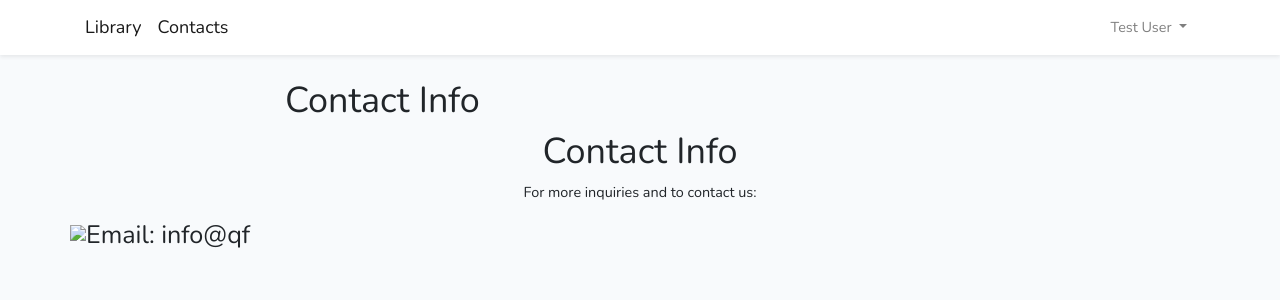
Repository: laravel-sys/groupOne
Page: http://localhost/contacts
An editor plug-in stored every save of this project. The page is shown before and after the next save, followed by the edit.
The browser window is 1280 px wide. The pictures show the whole page.
The page is served by the project's Laravel application, run on PHP 8.4 with Laravel 8. A made-up administrator, Test User (test@example.com), is signed in. Other server files are loaded and not shown. Style sheets and scripts are compiled from the project's sources, by tool versions that may differ from the author's. Queries for data that is not in the repository find no rows.

Above is the page before, as saved 2021-03-26 23:02:05.

### routes/web.php
<?php
use App\Http\Controllers\ContactsController;
use Illuminate\Support\Facades\Route;

/*
|--------------------------------------------------------------------------
| Web Routes
|--------------------------------------------------------------------------
|
| Here is where you can register web routes for your application. These
| routes are loaded by the RouteServiceProvider within a group which
| contains the "web" middleware group. Now create something great!
|
*/

Route::get('/', function () {
    return view('welcome');
});

Auth::routes();

Route::get('/home', [App\Http\Controllers\HomeController::class, 'index'])->name('home');

Route::resource('contacts', ContactsController::class);

### app/Models/User.php
<?php

namespace App\Models;

use Illuminate\Contracts\Auth\MustVerifyEmail;
use Illuminate\Database\Eloquent\Factories\HasFactory;
use Illuminate\Foundation\Auth\User as Authenticatable;
use Illuminate\Notifications\Notifiable;

class User extends Authenticatable
{
    use HasFactory, Notifiable;

    /**
     * The attributes that are mass assignable.
     *
     * @var array
     */
    protected $fillable = [
        'name',
        'email',
        'password',
    ];

    /**
     * The attributes that should be hidden for arrays.
     *
     * @var array
     */
    protected $hidden = [
        'password',
        'remember_token',
    ];

    /**
     * The attributes that should be cast to native types.
     *
     * @var array
     */
    protected $casts = [
        'email_verified_at' => 'datetime',
    ];

    public function contacts(){
        return $this->hasMany(Contact::class);
    }
}

### app/Http/Controllers/ContactsController.php
<?php

namespace App\Http\Controllers;

use App\Models\Contact;
use Illuminate\Http\Request;

use Illuminate\Support\Facades\Auth;

class ContactsController extends Controller
{
    public function __construct()
    {
        $this->middleware('auth' ,['except' => [
            'index',
        ]]);
        //$this->middleware('auth');
    }

    /**
     * Display a listing of the resource.
     *
     * @return \Illuminate\Http\Response
     */
    public function index()
    {
        $user=Auth::user();
        return view('index',['contacts'=>$user->contacts]);
        //return "OK";
    }

    /**
     * Show the form for creating a new resource.
     *
     * @return \Illuminate\Http\Response
     */
    public function create()
    {
        return view('create');
    }

    /**
     * Store a newly created resource in storage.
     *
     * @param  \Illuminate\Http\Request  $request
     * @return \Illuminate\Http\Response
     */
    public function store(Request $request)
    {
        request()->validate([
            'name' => 'required',
            'email' => 'required',
            'phone' => 'required',
            'subject' => 'required',
            'message' => 'required',
        ]);

        $contact->name = request('name');
        $contact->email = request('email');
        $contact->phone = request('phone');
        $contact->subject = request('subject');
        $contact->message = request('message');
        $contact->user_id = Auth::user()->id;

        $task->save();
        return redirect('contacts');
    }

    /**
     * Display the specified resource.
     *
     * @param  \App\Models\Contact  $contact
     * @return \Illuminate\Http\Response
     */
    public function show(Contact $contact)
    {
        return view('show', ['contact' => $contact]);
    }

    /**
     * Show the form for editing the specified resource.
     *
     * @param  \App\Models\Contact  $contact
     * @return \Illuminate\Http\Response
     */
    public function edit(Contact $contact)
    {
        return view('edit' , ['contact' => $contact]);
    }

    /**
     * Update the specified resource in storage.
     *
     * @param  \Illuminate\Http\Request  $request
     * @param  \App\Models\Contact  $contact
     * @return \Illuminate\Http\Response
     */
    public function update(Request $request, Contact $contact)
    {
        request()->validate([
            'name' => 'required',
            'email' => 'required',
            'phone' => 'required',
            'subject' => 'required',
            'message' => 'required',
        ]);

        $contact->name = request('name');
        $contact->email = request('email');
        $contact->phone = request('phone');
        $contact->subject = request('subject');
        $contact->message = request('message');
        $contact->user_id = Auth::user()->id;

        $contact->save();
        return redirect(route('contacts.index'));
    }

    /**
     * Remove the specified resource from storage.
     *
     * @param  \App\Models\Contact  $contact
     * @return \Illuminate\Http\Response
     */
    public function destroy(Contact $contact)
    {
        // $contact->delete();
        // return redirect(route('contacts.index'));
    }
}

### app/Models/Contact.php
<?php

namespace App\Models;

use Illuminate\Database\Eloquent\Factories\HasFactory;
use Illuminate\Database\Eloquent\Model;

class Contact extends Model
{
    use HasFactory;
    public function user(){
        return $this->belongsTo(User::class);
    }
}

### resources/views/index.blade.php
@extends('layouts.app')

@section('content')
<div class="container">
    <div class="col-lg-8 m-auto">
        <h1>Contact Info</h1>
        @foreach ($contacts as $contact)
            <div class="card mt-3">
                <p><a href="contacts/{{$contact->id}}"></p>
                <h3>Name:{{$contact->name}}</h3>
                <h3>Email:{{$contact->email}}</h3>
                <h3>Phone Number:{{$contact->phone}}</h3>
                <h3>Subject:{{$contact->subject}}</h3>
                <h3>Message:{{$contact->message}}</h3>
            </div>

        @endforeach
    </div>
</div>



            <div class="container">
            <div style="text-align:center">
                <h1>Contact Info</h1>
                    <p>For more inquiries and to contact us:</p>
            </div>
            <div class="row">
                <div class="column">
                <img src="/w3images/map.jpg" style="width:100%">
                </div>
                <div class="column">
                        <h3>Email: info@qf</h3>
                </div>
              </div>
            </div>
@endsection

### resources/views/layouts/app.blade.php
<!doctype html>
<html lang="{{ str_replace('_', '-', app()->getLocale()) }}">
<head>
    <meta charset="utf-8">
    <meta name="viewport" content="width=device-width, initial-scale=1">

    <!-- CSRF Token -->
    <meta name="csrf-token" content="{{ csrf_token() }}">

    <title>{{ config('app.name', 'Laravel') }}</title>

    <!-- Scripts -->
    <script src="{{ asset('js/app.js') }}" defer></script>

    <!-- Fonts -->
    <link rel="dns-prefetch" href="//fonts.gstatic.com">
    <link href="https://fonts.googleapis.com/css?family=Nunito" rel="stylesheet">
    <link rel="stylesheet" href="https://cdn.jsdelivr.net/npm/bootstrap@4.6.0/dist/css/bootstrap.min.css" integrity="sha384-B0vP5xmATw1+K9KRQjQERJvTumQW0nPEzvF6L/Z6nronJ3oUOFUFpCjEUQouq2+l" crossorigin="anonymous">

    <!-- Styles -->
    <link href="{{ asset('css/app.css') }}" rel="stylesheet">
</head>
<body>
    <div id="app">
        <nav class="navbar navbar-expand-md navbar-light bg-white shadow-sm">
            <div class="container">
                <a class="navbar-brand" href="{{ url('/home') }}">
                   Library
                </a>
                <button class="navbar-toggler" type="button" data-toggle="collapse" data-target="#navbarSupportedContent" aria-controls="navbarSupportedContent" aria-expanded="false" aria-label="{{ __('Toggle navigation') }}">
                    <span class="navbar-toggler-icon"></span>
                </button>

                <div class="collapse navbar-collapse" id="navbarSupportedContent">
                    <!-- Left Side Of Navbar -->
                    <ul class="navbar-nav mr-auto">
                            <a class="navbar-brand" href="{{ url('/contacts') }}">
                                  Contacts
                            </a>
                    </ul>

                    <!-- Right Side Of Navbar -->
                    <ul class="navbar-nav ml-auto">
                        <!-- Authentication Links -->
                        @guest
                            @if (Route::has('login'))
                                <li class="nav-item">
                                    <a class="nav-link" href="{{ route('login') }}">{{ __('Login') }}</a>
                                </li>
                            @endif

                            @if (Route::has('register'))
                                <li class="nav-item">
                                    <a class="nav-link" href="{{ route('register') }}">{{ __('Register') }}</a>
                                </li>
                            @endif
                        @else
                            <li class="nav-item dropdown">
                                <a id="navbarDropdown" class="nav-link dropdown-toggle" href="#" role="button" data-toggle="dropdown" aria-haspopup="true" aria-expanded="false" v-pre>
                                    {{ Auth::user()->name }}
                                </a>

                                <div class="dropdown-menu dropdown-menu-right" aria-labelledby="navbarDropdown">
                                    <a class="dropdown-item" href="{{ route('logout') }}"
                                       onclick="event.preventDefault();
                                                     document.getElementById('logout-form').submit();">
                                        {{ __('Logout') }}
                                    </a>

                                    <form id="logout-form" action="{{ route('logout') }}" method="POST" class="d-none">
                                        @csrf
                                    </form>
                                </div>
                            </li>
                        @endguest
                    </ul>
                </div>
            </div>
        </nav>

        <main class="py-4">
            @yield('content')
        </main>
    </div>

    <script src="https://code.jquery.com/jquery-3.5.1.slim.min.js" integrity="sha384-DfXdz2htPH0lsSSs5nCTpuj/zy4C+OGpamoFVy38MVBnE+IbbVYUew+OrCXaRkfj" crossorigin="anonymous"></script>
    <script src="https://cdn.jsdelivr.net/npm/bootstrap@4.6.0/dist/js/bootstrap.bundle.min.js" integrity="sha384-Piv4xVNRyMGpqkS2by6br4gNJ7DXjqk09RmUpJ8jgGtD7zP9yug3goQfGII0yAns" crossorigin="anonymous"></script>

</body>
</html>

Loaded but not shown: app/Http/Controllers/Auth/ConfirmPasswordController.php (common file); app/Http/Controllers/Controller.php (common file); resources/sass/app.scss (common file); resources/sass/_variables.scss (common file)

After the next save:
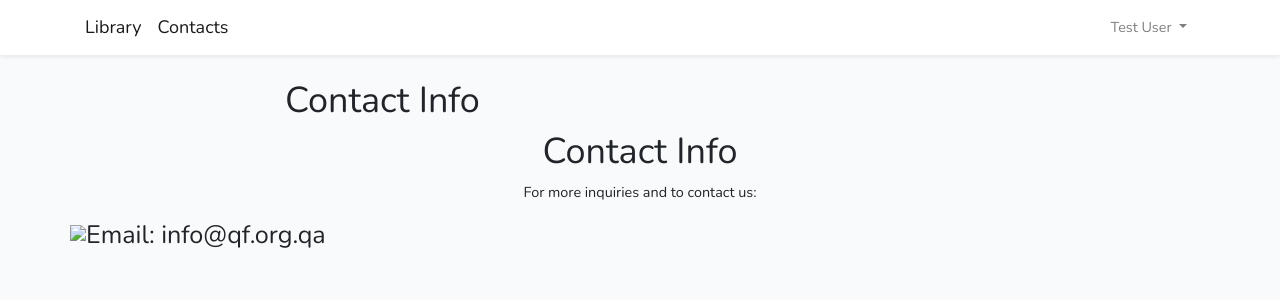
Saved 5 s later.
--- a/resources/views/index.blade.php
+++ b/resources/views/index.blade.php
@@ -30,7 +30,7 @@
                 <img src="/w3images/map.jpg" style="width:100%">
                 </div>
                 <div class="column">
-                        <h3>Email: info@qf</h3>
+                        <h3>Email: info@qf.org.qa</h3>
                 </div>
               </div>
             </div>
